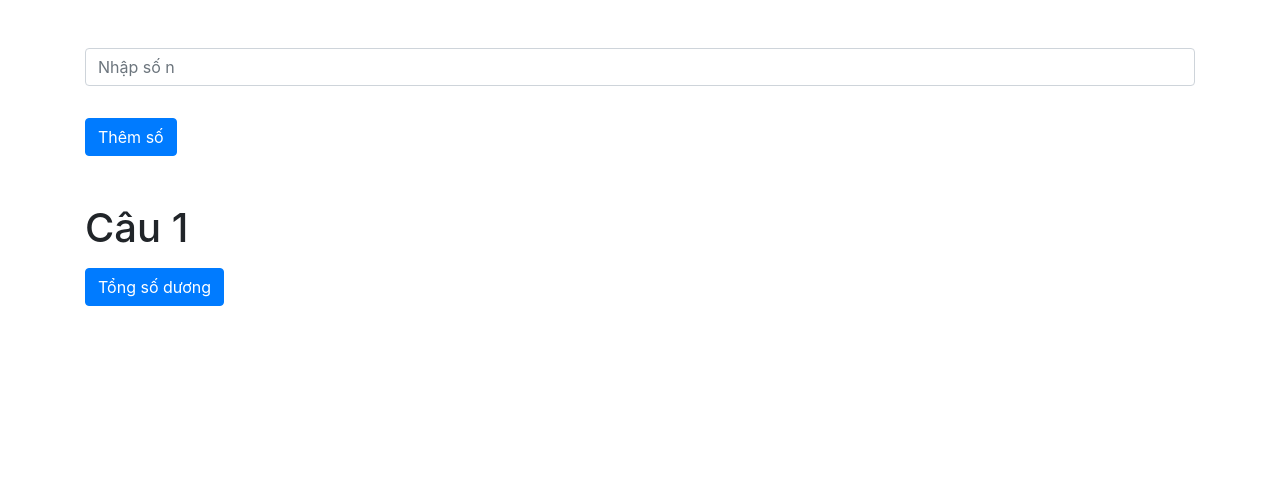
Repository: thanhfrankie/BC10-LeMinhThanh-Js-b7-8
Page: index.html
These files come from the project's save history. The page is drawn as it stood at one moment and after a run of saves; the edit follows.
The browser window is 1280 px wide. The pictures show the whole page.

Above is the page before, as saved 2023-12-27 21:26:05.

After the next 3 saves:
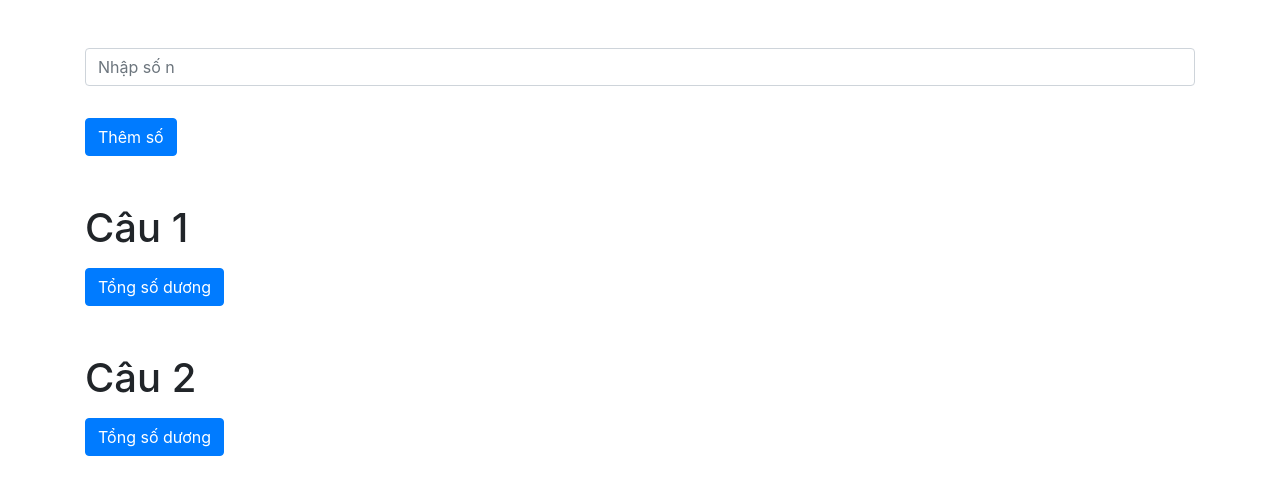
The 3 saves are shown as one change because they came seconds apart.
The last was saved 8 s later.
--- a/index.html
+++ b/index.html
@@ -46,7 +46,19 @@
             <div class="btn btn-danger" onclick="tinhTong()">Tính tổng</div>
             <h2 id="tong-so-duong"></h2>
           </div>
+          <!-- Câu 2 -->
+          <h1 class="mt-5">Câu 2</h1>
+          <p class="mt-3">
+              <button class="btn btn-primary" type="button" data-toggle="collapse" data-target="#contentId" aria-expanded="false"
+                      aria-controls="contentId">
+                  Tổng số dương
+              </button>
+            </p>
+            <div class="collapse" id="contentId">
 
+              <div class="btn btn-danger" onclick="tinhTong()">Tính tổng</div>
+              <h2 id="tong-so-duong"></h2>
+            </div>
 
     </div>
 
